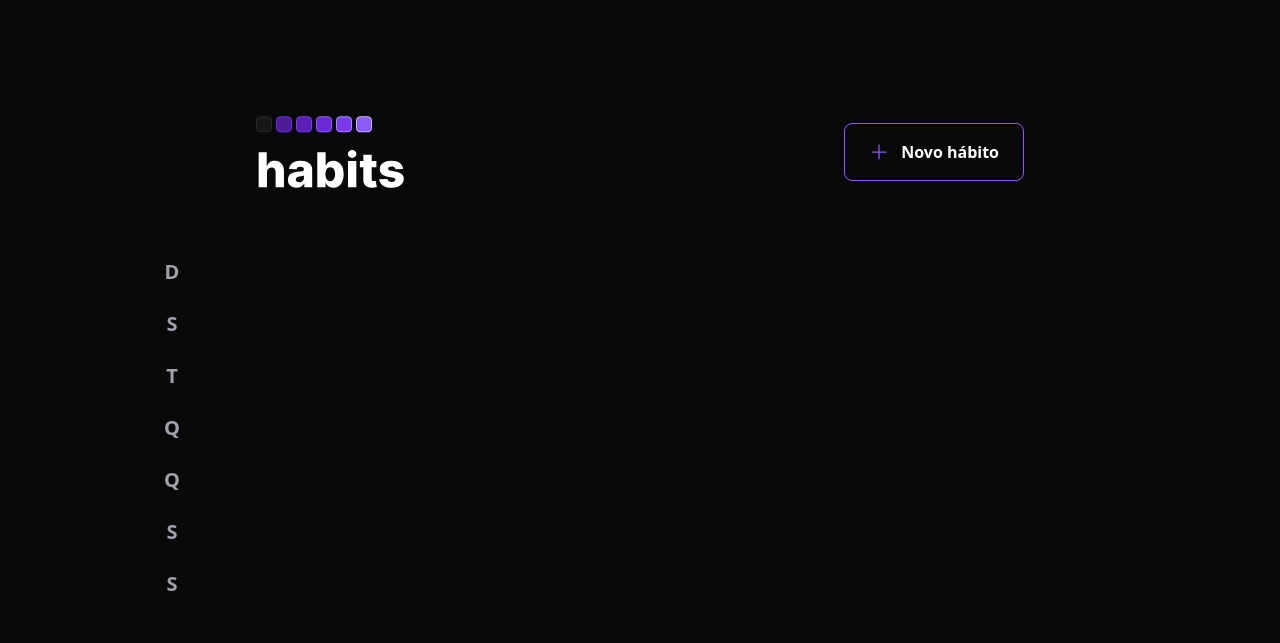
Repository: LuizAGDomingues/Habits-application
Page: /
These files come from the project's save history. The page is drawn as it stood at one moment and after the next save; the edit follows.
The browser window is 1280 px wide. The pictures show the whole page.
The project was rebuilt for these pictures with package versions that can differ from the ones it lists, and the page was loaded fresh each time. Also part of the build but not shown: vite.config.ts.

Above is the page before, as saved 2023-01-18 16:30:03.

After the next save:
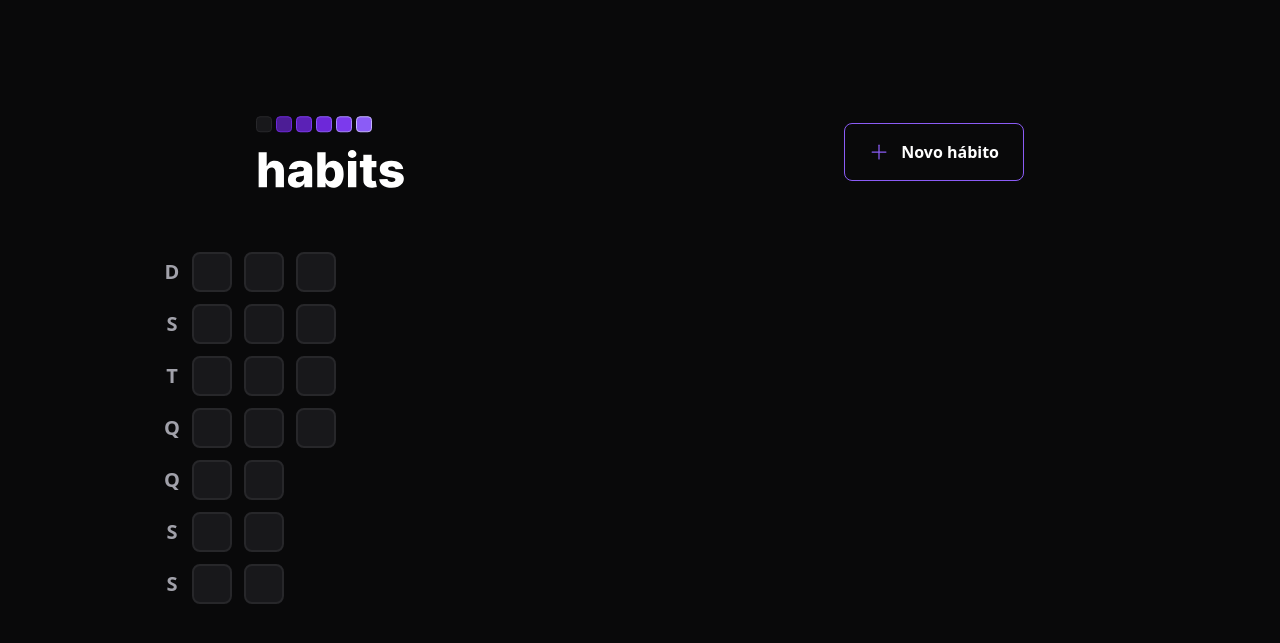
Saved 5 s later.
--- a/src/components/SummaryTable.tsx
+++ b/src/components/SummaryTable.tsx
@@ -20,7 +20,7 @@
 
       <div className="grid grid-rows-7 grid-flow-col gap-3">
         {summaryDates.map(date => {
-
+          return <HabitDay />
         })}
       </div>
     </div>
